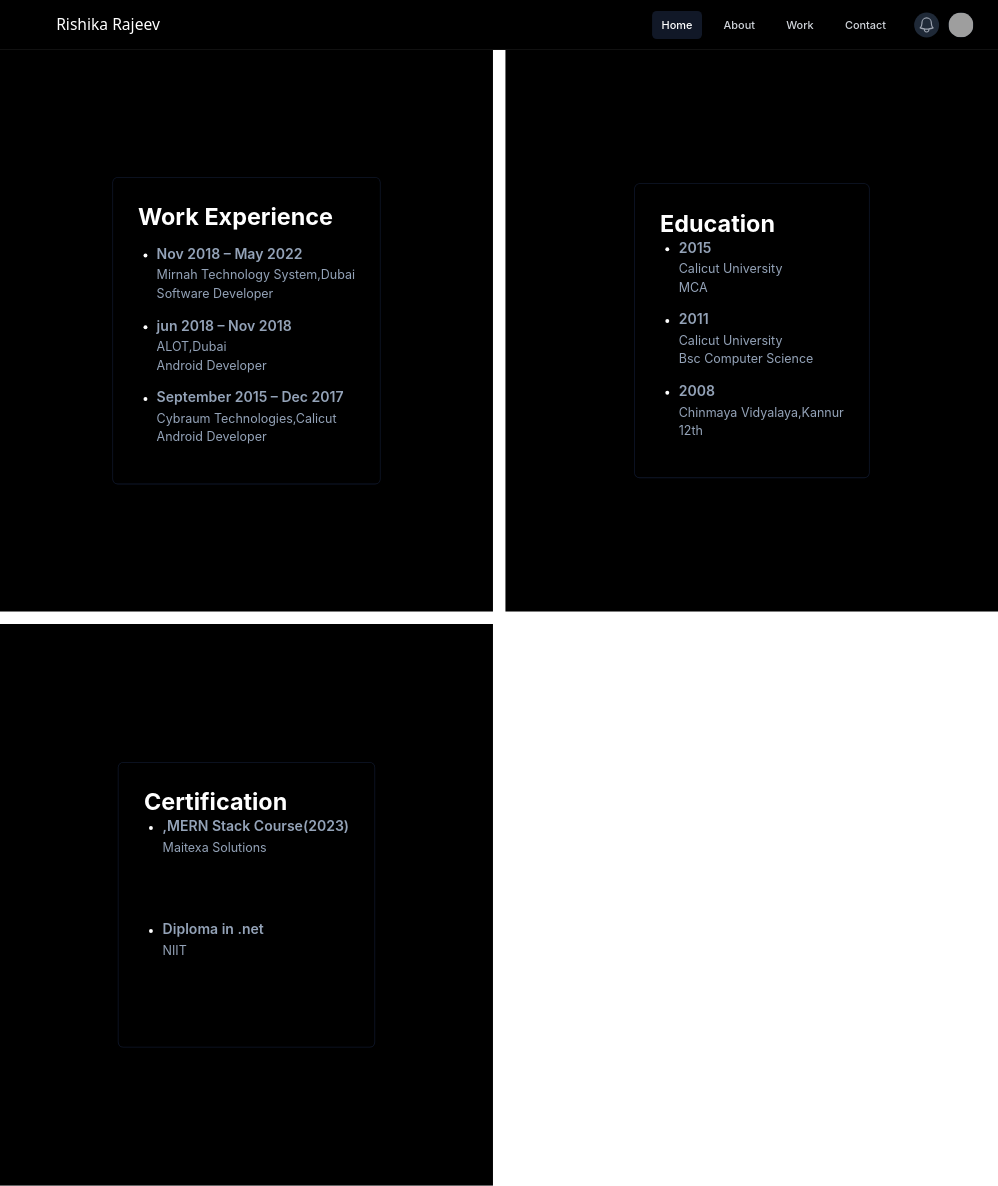
Repository: rishikarajeev/portfolio_rishika
Page: /about
The author's editor kept a copy of each file at every save. The page is drawn from the files as they stood at one save, then again after a run of saves.
The browser window is 1280 px wide. The pictures show the whole page, at 78% of full size.
Pictures or frames that could not be fetched are drawn as grey boxes. The project was rebuilt for these pictures with package versions that can differ from the ones it lists, and the page was loaded fresh each time. Also part of the build but not shown: src/Pages/Home.jsx, src/Pages/Contact.jsx, src/Components/Work.jsx, src/Components/Project.jsx, src/Pages/Mywork.jsx.

Above is the page before, as saved 2023-10-23 18:54:20.

After the next 5 saves:
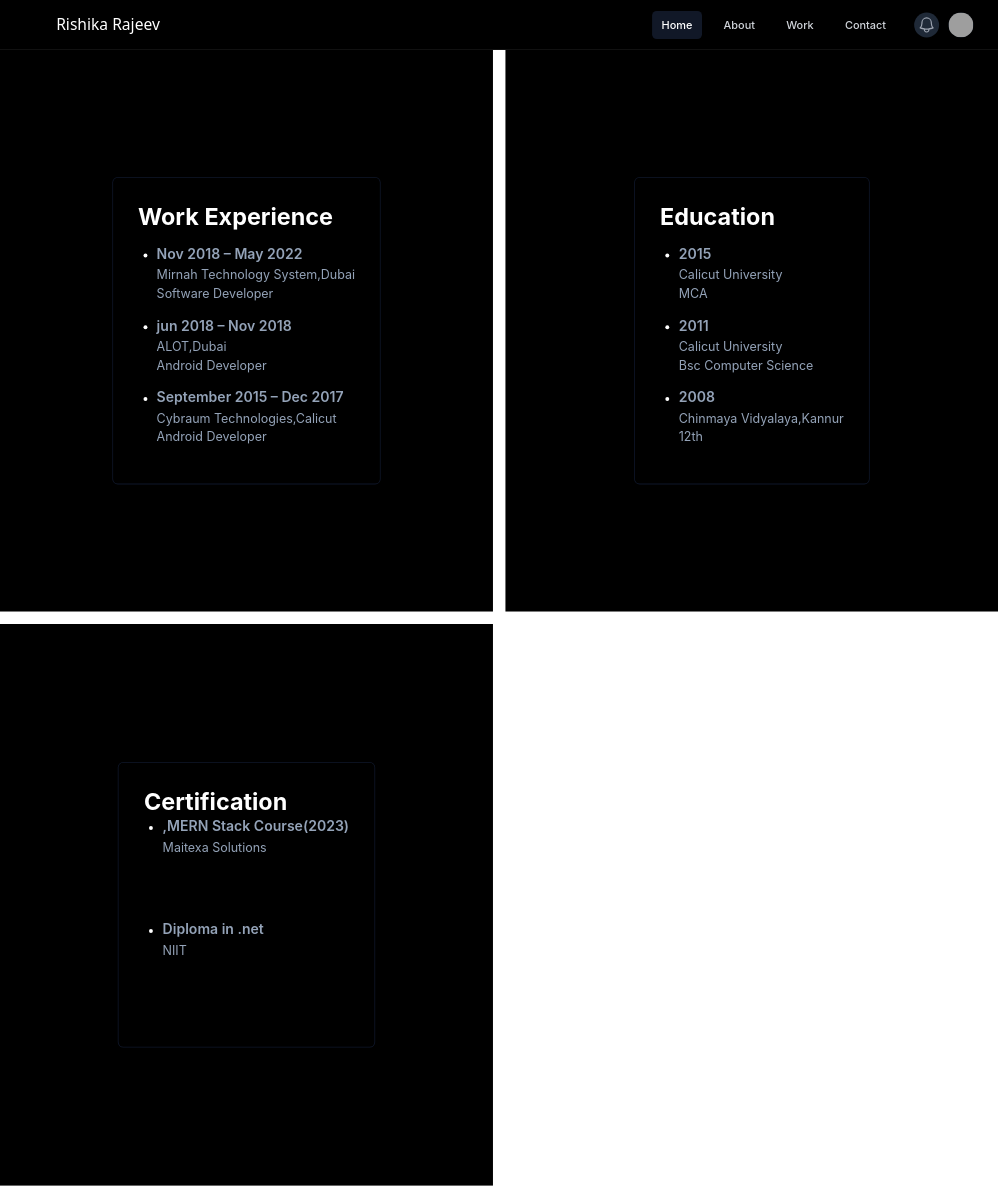
The 5 saves are shown as one change because they came seconds apart.
The last was saved 28 s later.
--- a/src/Pages/About.jsx
+++ b/src/Pages/About.jsx
@@ -49,7 +49,7 @@ const AboutPage = () => {
           <div className=''>
       <div className="dark:dark:bg-black min-h-screen flex items-center justify-center">
       <div className="max-w-2xl p-8 bg-black  text-white shadow-md rounded-md ring-1 ring-slate-900 ">
-        <h1 className="text-3xl font-bold text-white  ">Education</h1>
+        <h1 className="text-3xl font-bold text-white mb-4 ">Education</h1>
         <ul className="list-disc pl-6">
           {education_experiences.map((experience, index) => (
             <li key={index} className="mb-4">
@@ -65,7 +65,7 @@ const AboutPage = () => {
       <div className=''>
           <div className="dark:dark:bg-black min-h-screen flex items-center justify-center">
       <div className="max-w-2xl p-8 bg-black  text-white shadow-md rounded-md ring-1 ring-slate-900 ">
-        <h1 className="text-3xl font-bold text-white ">Certification</h1>
+        <h1 className="text-3xl font-bold text-white gap4">Certification</h1>
         <ul className="list-disc pl-6">
           {certification.map((certification, index) => (
             <li key={index} className="mb-2">
